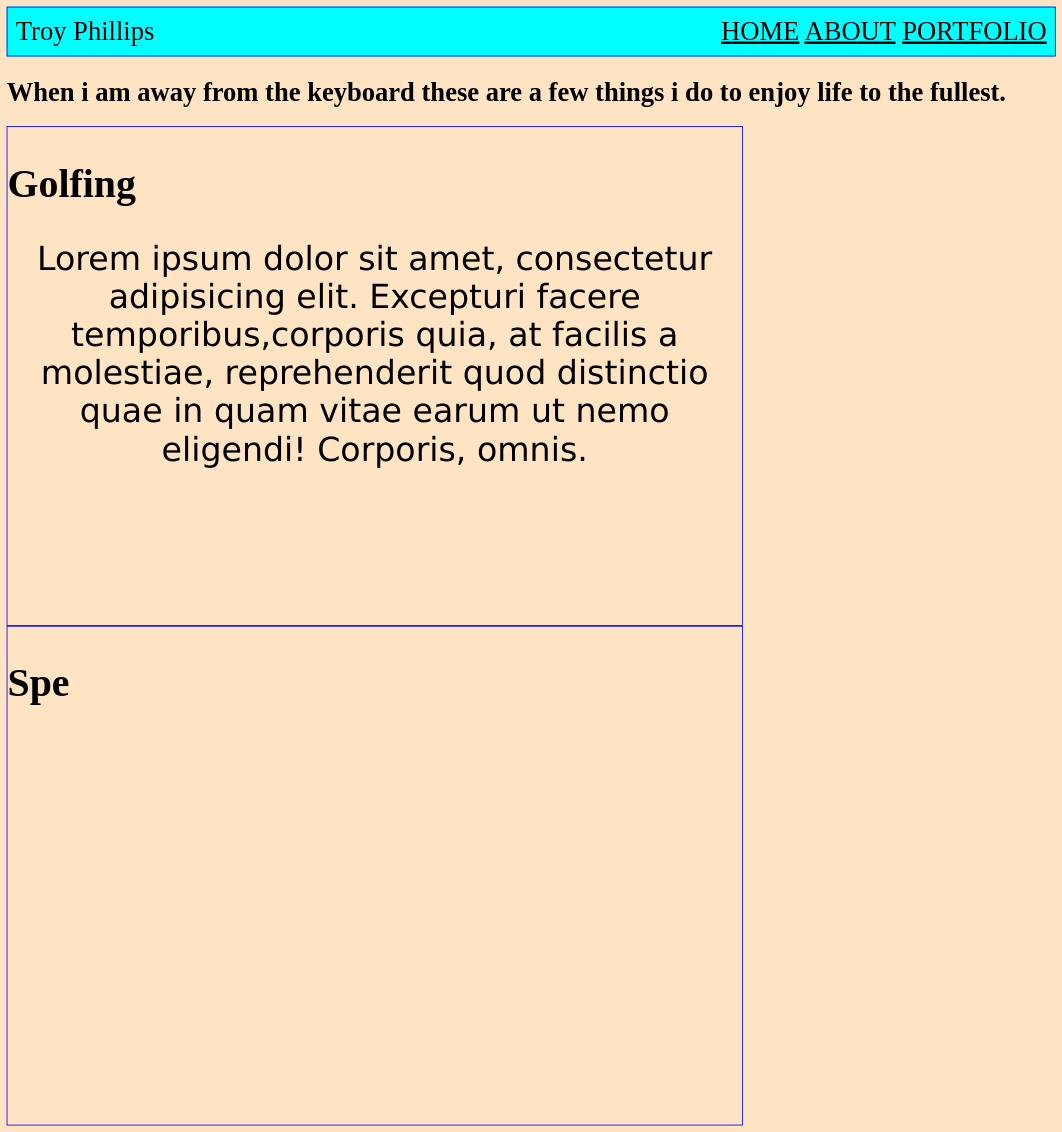
Repository: TheTroyPhillips/Personal-website
Page: about.html
These files come from the project's save history. The page is drawn as it stood at one moment and after the next save; the edit follows.
The browser window is 1280 px wide. The pictures show the whole page, at 83% of full size.

Above is the page before, as saved 2023-09-10 22:26:02.

After the next save:
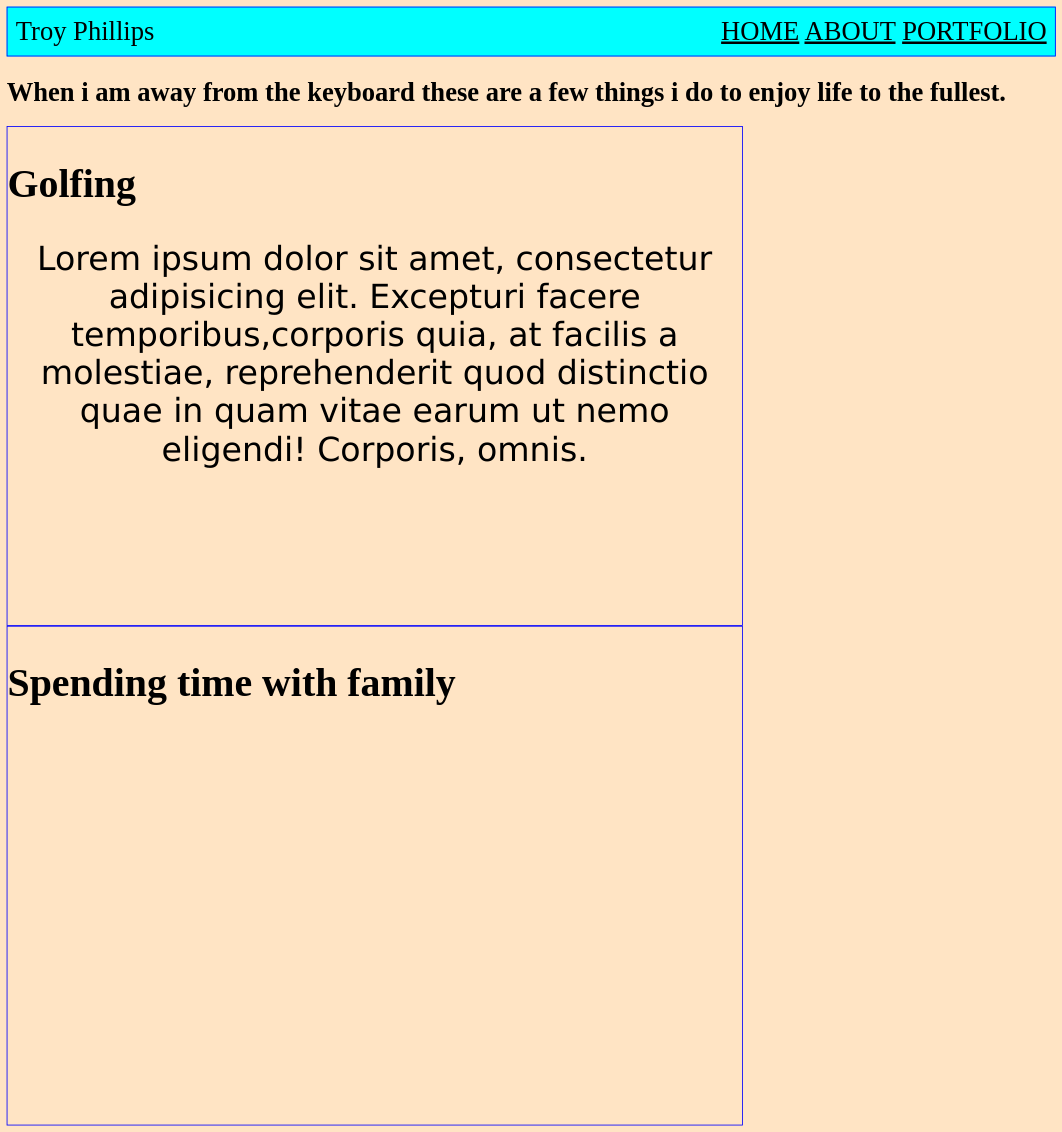
Saved 5 s later.
--- a/about.html
+++ b/about.html
@@ -26,7 +26,7 @@
          </div>
          <div class="childb">
             <section>
-                <h2>Spe</h2>
+                <h2>Spending time with family</h2>
             </section>
          </div>
 </body>
